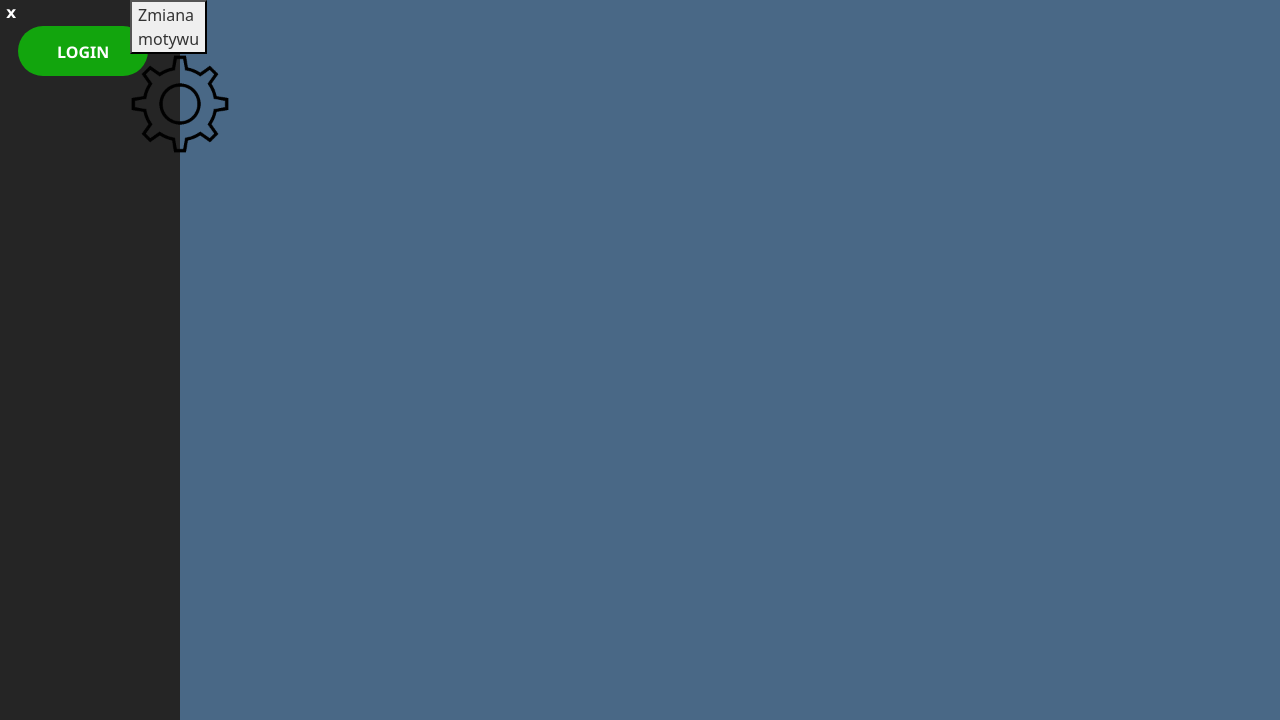
Repository: K4ziWolf/kazi
Page: /, after clicking the first element matching `button.xd-btn`
These files come from the project's save history. The page is drawn as it stood at one moment and after the next save; the edit follows.
The browser window is 1280 px wide. The pictures show the whole page.
The project was rebuilt for these pictures with package versions that can differ from the ones it lists, and the page was loaded fresh each time. Also part of the build but not shown: vue.config.js, src/components/login_screen.vue, src/components/option_screen.vue.

Above is the page before, as saved 2023-10-20 19:41:09.

### src/App.vue
<template>
<body>
  <div id="box">
    <div class="x-btn"><button class="xd-btn" v-bind:class="open_menu_button " @click="showMenuScreen">Pokaż menu</button>
      <menu_screen v-if="isMenuScreenVisible" @hide-menu-screen="hideMenuScreen" @show-login-screen="showLoginScreen" @change-theme="changeTheme" @option-open="optionOpener">
    </menu_screen>

    <div> <!--menu_scree i login_screen odpowiedzialne są za pokazywanie się tych komponentów-->
      <login_screen v-if="isLoginScreenVisible" @hide-login-screen="hideLoginScreen">
      </login_screen>
    </div>
    <option_screen v-if="isOptionScreenVisible" @hide-option-screen="HideOptionScreen">
      </option_screen>
  </div>
  </div>
</body>
</template>

<script>
import menu_screen from './components/menu_screen.vue';
import login_screen from './components/login_screen.vue';
import option_screen from './components/option_screen.vue';
export default {
  components: {
    menu_screen,
    login_screen,
    option_screen,
  },
  data() {
    return {
      open_menu_button: "show",
      open_login_button: "show",
      isLoginScreenVisible: false,
      isMenuScreenVisible: false,
      changecolor:0,
      isOptionScreenVisible: false,
    };
  },
  methods: {
    optionOpener(){
      this.isOptionScreenVisible = true;
    },
    HideOptionScreen(){
      setTimeout(() => {
      this.isOptionScreenVisible = false;
      }, 1000);
    },
    changeTheme() {
        this.changecolor += 1;
      if (this.changecolor % 2 === 0) {
        document.body.style.backgroundColor = 'blue';
      } else {
        document.body.style.backgroundColor = 'red';
      }
    },
    showMenuScreen() { //funkcja pokazująca menu
      this.isMenuScreenVisible = true;
      this.open_menu_button = "hidden";
      this.open_login_button = "show";
    },
    hideMenuScreen() {
      setTimeout(() => { //timeout aby animacja była płynna
        this.open_menu_button = "show";
        this.isMenuScreenVisible = false;
      }, 1200);
    },
    showLoginScreen() {
      this.isLoginScreenVisible = true;
      setTimeout(() => {
      this.isMenuScreenVisible = false;
      }, 1000);
    },
    hideLoginScreen() {
      setTimeout(() => {
        this.open_login_button = "show";
        this.open_menu_button ='show'
        this.isLoginScreenVisible = false;
      }, 1500);
    },
  },
};
</script>

<style>
@import '/src/style.css';

#app {
  font-family: Avenir, Helvetica, Arial, sans-serif;
  -webkit-font-smoothing: antialiased;
  -moz-osx-font-smoothing: grayscale;
  text-align: center;
  color: #2c3e50;
}
.show {
  opacity: 1;
  animation: show_button 0.4s;
}
@keyframes show_button {
  from {
    opacity: 0;
  }
  to {
    opacity: 1;
  }
}
.hidden {
  animation: hide_button 0.4s;
  opacity: 0;
}
@keyframes hide_button {
  from {
    opacity: 1;
  }
  to {
    opacity: 0;
  }
}
body { /*testy moje do zmiany */
  height: 100%;
  width: 100%;
  background-color: rgb(127, 247, 207);
}
.x-btn {
  background-color: rgb(61, 61, 61);
  justify-content: left;
  text-align: left;

}
.xd-btn {
  text-decoration: none;
  border: none;
  font-family: Verdana, Geneva, Tahoma, sans-serif;
  background-color: #2c3e50;
  border-bottom-left-radius: 25px;
  border-bottom-right-radius: 25px;
  color: white;
  font-weight: bolder;
  position: absolute;
  justify-content: left;
}
html {
  background-color: #496886;
}
</style>

### src/style.css
template {
    background-color: aqua;
}

### src/components/menu_screen.vue
<template>
    <div class="holder-ten1" id="menu_holder" :class="menu_box_show">
      <div class="pole-exit-btn" id="Exit_menu_button">
        <button class="exit-baton" id="menu_exit_button " @click="hideMenuScreen">x</button>
        <button class="baton" id="poka-login" v-bind:class="open_login_button" @click="showLoginScreen">
          LOGIN
        </button>
      </div>
      <div>
        <button id="change_theme_btn" v-bind:class="change_theme_button" @click="changeTheme">
          Zmiana motywu
        </button>
        <div id="gear_icon_box">
        <img
          v-bind:class="open_option_button"
          src="../assets/gear_icon.png"
          alt="Gear Icon"
          @mouseenter="openOptionButtonEnter"
          @mouseleave="openOptionButtonLeave"
          @click="open_options"
        />
      </div>
    </div>
    </div>
  </template>

  <script>
  export default {
    data() {
      return {
        menu_box_show: "show",
        open_option_button: "unanimated",
        change_theme_button:"bright",// zmienna która definiuje czy komponent jest widoczyny
      };
    },
    methods: {
      open_options(){
        this.$emit('option-open');

      },
      changeTheme() {
        if (this.change_theme_button === 'dark') {
          this.change_theme_button = 'bright';
        } else {
          this.change_theme_button = 'dark';
        }
          this.$emit('change-theme');
      },
      hideMenuScreen() {
        this.$emit('hide-menu-screen');
        this.menu_box_show = "hide";
      }, //emit to event, czyli wysłanie do komponenta rodzica komendy wywołania funckji w tym przypadku hideMenuScreen
      showLoginScreen() {
        this.menu_box_show = "hide";
        setTimeout(() => {
          this.$emit('show-Login-Screen');
        }, 200); //opóźnienie dla dobra animacji chyba tak mi się wydaje dawno temu to pisałem
      },
      openOptionButtonEnter() {
        this.open_option_button = "animated";
      },
      openOptionButtonLeave(){
        this.open_option_button = "unanimated";
      },
    },
  };
  </script>
  <style scoped>  /* scoped dotyczy tylko tego dokumentu */
  .show {
    animation: show_animation 1s ease-in-out;
  }
  @keyframes show_animation {
    from {
      opacity: 0;
      transform: translate3d(-40%, 0, 0);
    }
    to {
      opacity: 1;
      transform: translate3d(0, 0, 0);
    }
  }
  .hide {
    opacity: 0;
    animation: hide_animation 1s ease-in-out;
  }
  @keyframes hide_animation {
    from {
      opacity: 1;
      transform: translate3d(0, 0, 0);
    }
    to {
      opacity: 0;
      transform: translate3d(-40%, 0, 0);
    }
  }

  #menu_holder { /*testy moje do zmiany */
    background-color: rgb(37, 37, 37) !important;
    width: 180px;
    height: 100% !important;
    display: grid;
   position: absolute;
   grid-template-columns: 1fr 1fr;
   grid-template-rows: 1fr 1fr 1fr 1fr 1fr;
   gap: 0px;
   grid-template-areas:
     ". Exit_menu_button"
     " poka-login ."
     ". . .";


  }
  .baton {
    background-color: rgb(18, 165, 13);
    display: inline-grid;
    text-decoration: none;
    width: 130px;
    height: 50px;
    border-radius: 25px;
    text-align: center;
    font-family: 'Segoe UI', Tahoma, Geneva, Verdana, sans-serif;
    border: none;
    justify-content: center;
    align-self: center;
    color: white;
    margin-left: 14%;
    line-height: 50px;
    font-weight: bold;
  }
  .exit-baton {
    border: none;
    background-color: transparent;
    display: grid;

    font-family:Verdana, Geneva, Tahoma, sans-serif;
    font-weight: bold;
    color: white;


  }
  holder-ten1 {
    background-color: rgb(37, 37, 37);
  }
  pole-exit-btn {
    background-color: rgb(37, 37, 37);
  }
  .dark{
    background-color: #333;
    color: #fff;

  }
  .bright{
    color: #333;
  }
  #gear_icon_box img {
    max-width: 100px;
    cursor: pointer;
  }
  .unanimated{
  animation: back_spin 3s ease;
}
  .animated{
    animation: spin 1s linear infinite;
  }
  @keyframes spin {
  from {
    transform: rotate(0deg);
  }
  to {
    transform: rotate(360deg);
  }
}
@keyframes back_spin {
  from {
    transform: rotate(360deg); /* Use the actual position you want to rotate back to */
  }
  to {
    transform: rotate(0deg);
  }
 }
  #gear_icon_box{
    height: 30px;
    width: 30px;
  }
  #change_theme_btn{
    justify-content: left;
  text-align: left;
  }
  </style>

Loaded but not shown: public/index.html (common file); src/main.js (common file)

After the next save:
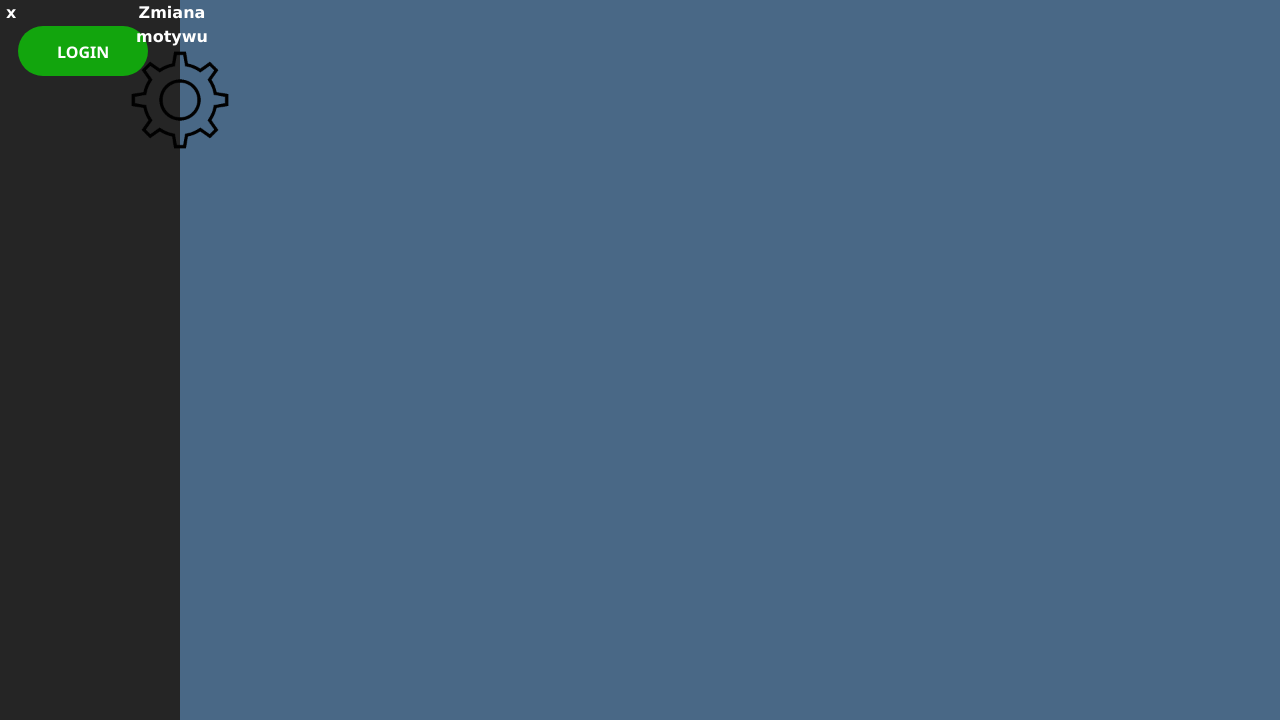
Saved 18 s later.
--- a/src/components/menu_screen.vue
+++ b/src/components/menu_screen.vue
@@ -183,7 +183,12 @@
     width: 30px;
   }
   #change_theme_btn{
-    justify-content: left;
-  text-align: left;
+    border: none;
+    background-color: transparent;
+    display: grid;
+
+    font-family:Verdana, Geneva, Tahoma, sans-serif;
+    font-weight: bold;
+    color: white;
   }
   </style>
